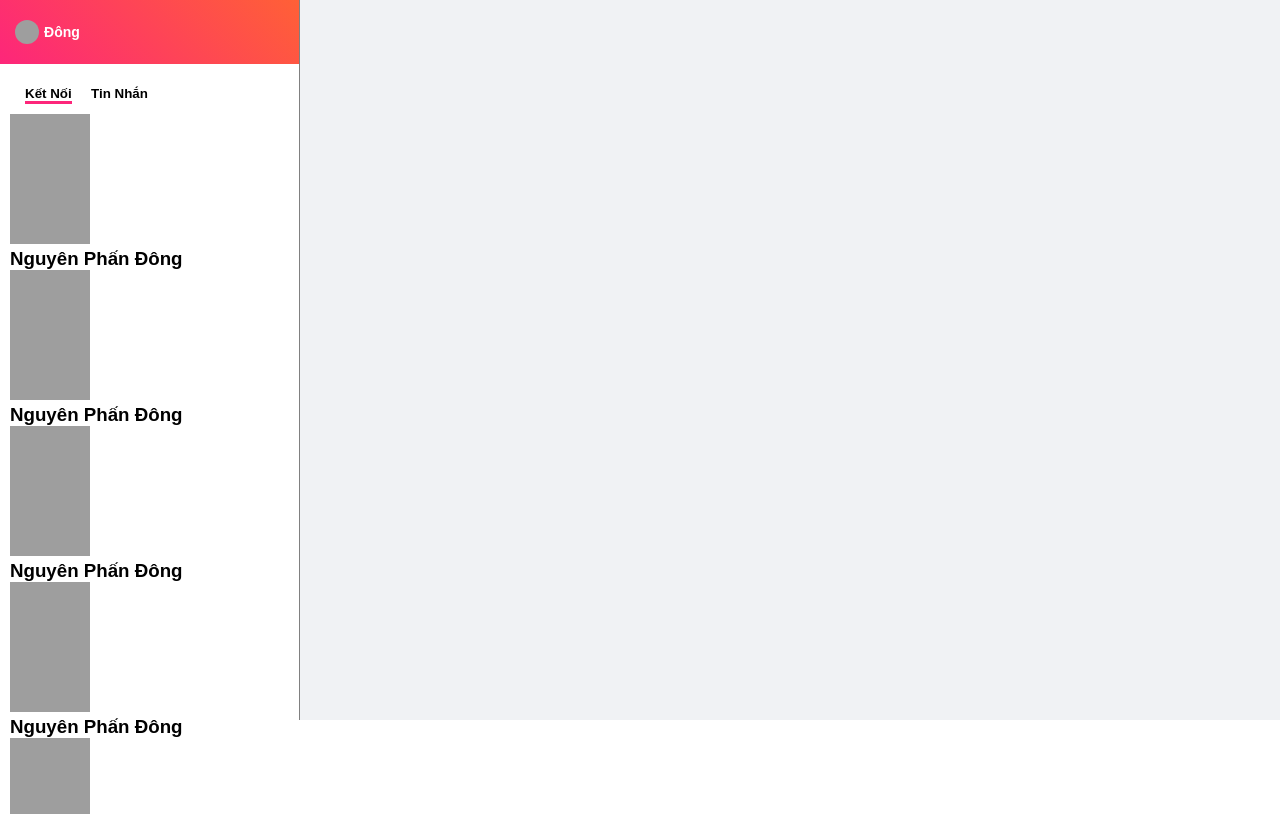
Repository: conquy2002/T2009A
Page: Project RobinTinder/website/index.html
An editor plug-in stored every save of this project. The page is shown before and after the next save, followed by the edit.
The browser window is 1280 px wide. The pictures show the whole page.
Pictures or frames that could not be fetched are drawn as grey boxes.

Above is the page before, as saved 2022-01-07 09:30:25.

After the next save:
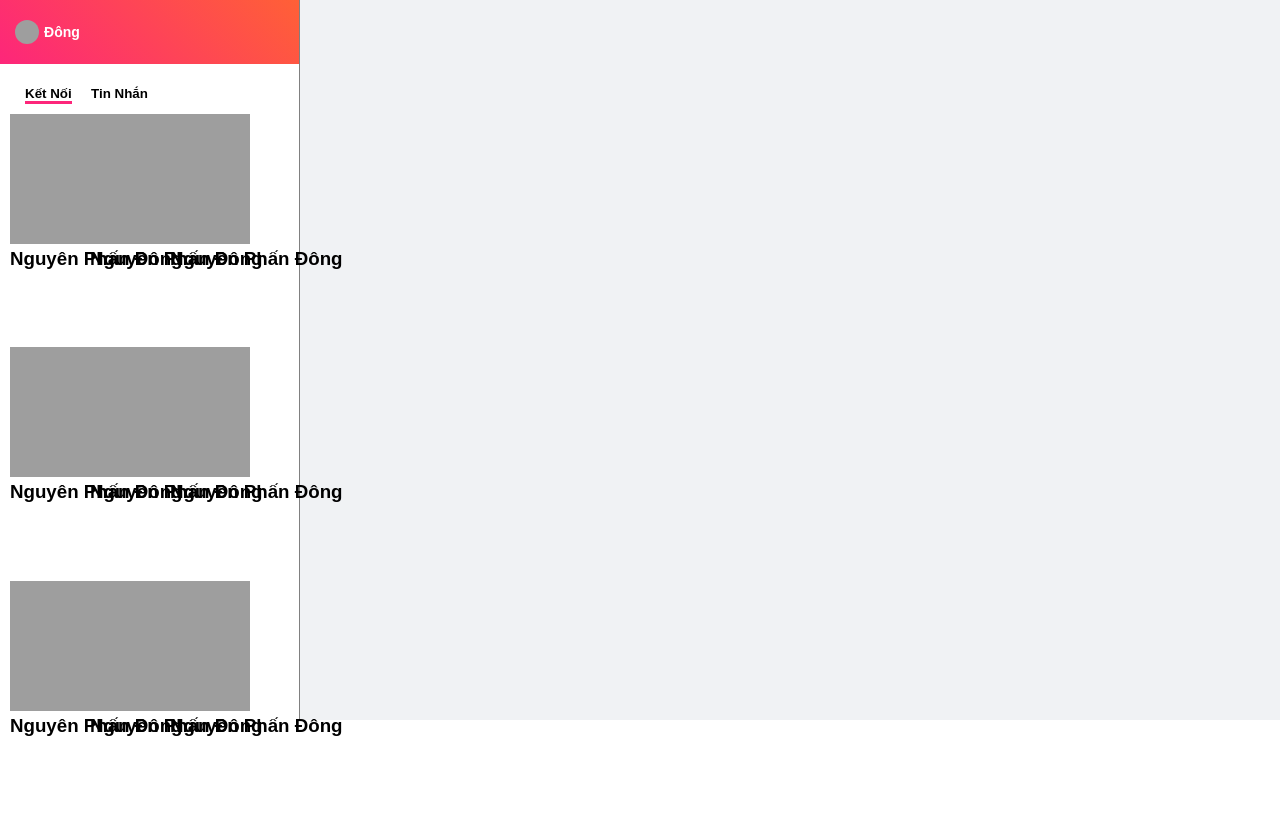
Saved 74 s later.
--- a/Project RobinTinder/website/css/style.css
+++ b/Project RobinTinder/website/css/style.css
@@ -83,6 +83,9 @@
     height: 130px;
     object-fit: cover;
 }
+.nav__content-main h3{
+    position: absolute;
+}
 .content{
 
 }
